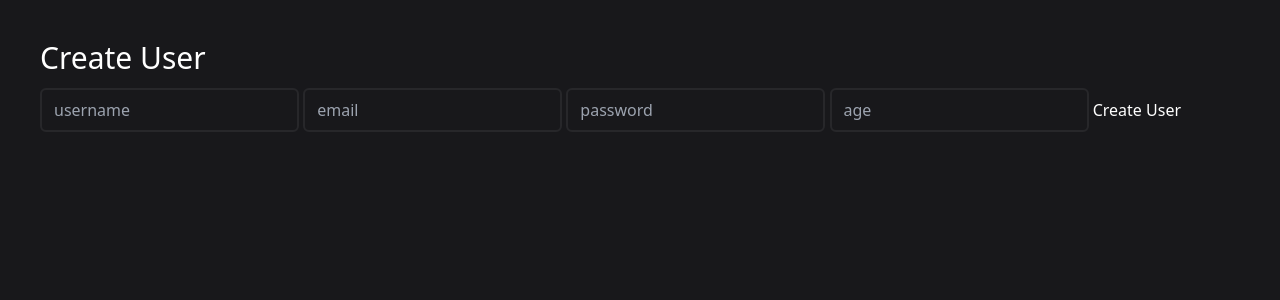
Repository: sulabh5911/login-Page
Page: http://localhost/
The author's editor kept a copy of each file at every save. The page is drawn from the files as they stood at one save, then again after the next save.
The browser window is 1280 px wide. The pictures show the whole page.
Some web libraries are served in a nearby version. The page is served by the project's Node server (app.js). Other server files are loaded and not shown.

Above is the page before, as saved 2024-08-28 15:21:48.

### views/index.ejs
<!DOCTYPE html>
<html lang="en">
<head>
    <meta charset="UTF-8">
    <meta name="viewport" content="width=device-width, initial-scale=1.0">
    <title>Document</title>
    <script src="https://cdn.tailwindcss.com"></script>
</head>
<body>
    <div class="w-full h-screen bg-zinc-900 text-white p-10">
        <h3 class="text-3xl mb-3">Create User</h3>
        <form method="post" action="">
            <input class="px-3 py-2 rounded-md bg-transparent border-2 border-zinc-800" type="text" placeholder="username" name="username">
            <input class="px-3 py-2 rounded-md bg-transparent border-2 border-zinc-800" type="email" placeholder="email" name="email">
            <input class="px-3 py-2 rounded-md bg-transparent border-2 border-zinc-800" type="password" placeholder="password" name="password">
            <input class="px-3 py-2 rounded-md bg-transparent border-2 border-zinc-800" type="number" placeholder="age" name="age">
            <input class="" type="submit" value="Create User">
        </form>
    </div>
</body>
</html>

### app.js
const express=require('express');
const app=express();
const userModel=require("./models/user");
const cookieParser=require('cookie-parser');
const path=require('path');
app.set("view engine","ejs");
app.use(express.json());
app.use(express.urlencoded({extended:true}));
app.use(express.static(path.join(__dirname,'public')));
app.use(cookieParser());

app.get('/',function(req,res){
    res.render('index');
})

app.listen(3000);

After the next save:
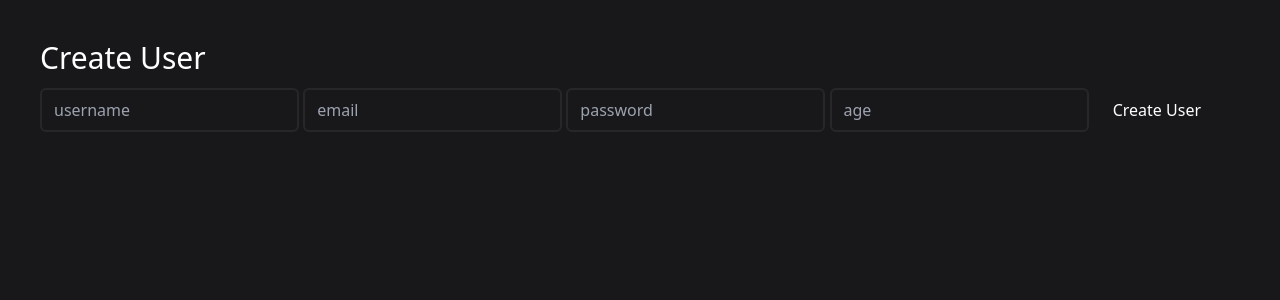
Saved 7 s later.
--- a/views/index.ejs
+++ b/views/index.ejs
@@ -14,7 +14,7 @@
             <input class="px-3 py-2 rounded-md bg-transparent border-2 border-zinc-800" type="email" placeholder="email" name="email">
             <input class="px-3 py-2 rounded-md bg-transparent border-2 border-zinc-800" type="password" placeholder="password" name="password">
             <input class="px-3 py-2 rounded-md bg-transparent border-2 border-zinc-800" type="number" placeholder="age" name="age">
-            <input class="" type="submit" value="Create User">
+            <input class="px-5" type="submit" value="Create User">
         </form>
     </div>
 </body>
